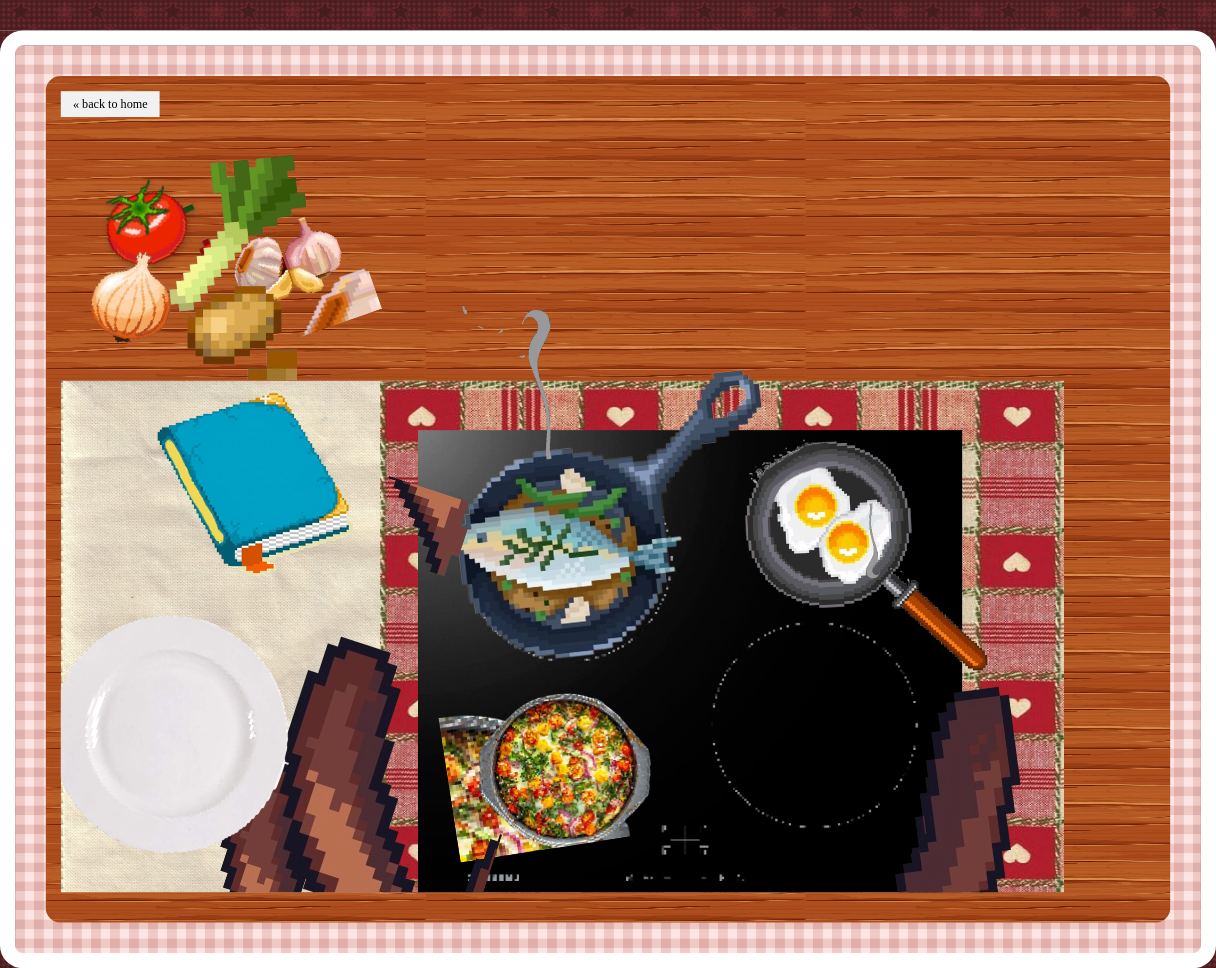
Repository: AJamdonuts/ToddyTalks
Page: playingaround2/pages/chefsujin.html
These files come from the project's save history. The page is drawn as it stood at one moment and after the next save; the edit follows.
The browser window is 1280 px wide. The page is 1600 px wide, so the pictures cover 1600 px, including what lies to the right of the window. The pictures show the whole page, at 76% of full size.

Above is the page before, as saved 2025-11-28 22:08:18.

### playingaround2/pages/chefsujin.html
<!DOCTYPE html>
<html>
<head>
    <meta charset="UTF-8">
    <meta name="viewport" content="width=device-width, initial-scale=1">
    <link href="/playingaround2/styles/chefsujin.css" rel="stylesheet">
    <script src="/playingaround2/javascript/chefsujin.js" defer></script>
    <title>Chef Sujin</title>
    <link rel="icon" type="image/x-icon" href="/playingaround2/images/favicon.ico">

</head>
<body>
    <div class="page-background">
        <div class="site-wrapper">
            <header>
                <a href="/playingaround2/pages/home.html" class="previous">&laquo; back to home</a>
            </header>

            <div class="section-divider">

            </div>
            <main>
                <div class="canvas">
                        <div class="canvas-content">
                            <img src="/playingaround2/images/b41e50d46e26e9463ce130b2da7a46aa.jpg" class="creamtexture">
                            <img src="/playingaround2/images/check table cloth.jpg" class="checktablecloth">
                            <img src="/playingaround2/images/pxArt-2.png" class="hob">
                            <a href="recipe_book.html" class="recipebook-link">
                                <img src="/playingaround2/images/pixil-frame-0-removebg-preview 1.png" class="recipebook">
                            </a>
                            <div class="fishpan">
                                <img src="/playingaround2/images/fishpan.png" alt="">
                            </div>
                            <div class="eggpan">
                                <img src="/playingaround2/images/pixil-frame-0-removebg-preview.png" alt="">
                            </div>

                            <a href="brocolliyum.html" class="leek-link">
                                <img src="/playingaround2/images/leek-removebg-preview.png" class="leek">
                            </a>
                            <img src="/playingaround2/images/garlic-removebg-preview.png" class="garlic">
                            <img src="/playingaround2/images/d95fa1e62c663504736614e026fc4862-removebg-preview.png" class="potato">
                            <img src="/playingaround2/images/pxArt-2-removebg-preview.png" class="vegpan">
                            <a href="plateup.html" class="plate-link">
                                <img src="/playingaround2/images/pxArt-removebg-preview.png" class="plate">
                            </a>
                            <img src="/playingaround2/images/tomato-removebg-preview.png" class="tomato">
                            <img src="/playingaround2/images/onion-removebg-preview.png" class="onion">
                            <img src="/playingaround2/images/IMG_0236_2-removebg-preview.png" class="beararm1" >
                            <img src="/playingaround2/images/IMG_0236-removebg-preview.png" class="beararm2" >
                        </div>

            </main>

            <footer>
                <div class="footer-content">
                </div>
            </footer>

        </div> <!-- .site-wrapper -->
    </div> <!-- .page-background -->



</body>
</html>

### playingaround2/styles/chefsujin.css

html, body {
    background-image: url('/playingaround2/images/backgrounds/stars.png');
    background-repeat: repeat; /* repeat the image */
    background-size: 100px 100px; /* set width and height for each tile */
    background-position: top left; /* start tiling from top-left */
    background-attachment: scroll; /* moves with page */
    background-color: #ffffff; /* fallback color */
    width: 100%;
    height: 100%;
    margin: 0;
    padding: 0;
}

.page-background {                  /* smaller than body */
    margin: 40px auto;
    width: fit-content;         /* centered on page */

    background: url('/playingaround2/images/backgrounds/gingham06.png');
    background-size: 25px 25px;

    padding: 40px;                /* IMPORTANT – creates space inside border */
    border: 20px solid #ffffff;   /* your thick frame */
    border-radius: 30px;
}


.site-wrapper {
    max-width: 1440px;
    margin: 0 auto;
    border-radius: 20px;
    padding: 20px;
    background: url('/playingaround2/images/kitchencounter.jpg');
    background-repeat: repeat;       /* ← makes it tile */
    background-size: 500px 100px;    /* ← original size for each tile */
}


main {
    flex-grow: 1;
    position: relative;
    text-align: center;
    margin: 20px auto;              /* space around the box */
    width: 100%;
}


.canvas {

    position: relative;          /* instead of absolute */
    width: 1440px;
    height: 1000px;
    margin: 0 auto;              /* centers the canvas */
    overflow: hidden;
    transform: none !important;  /* stop the translate(-50%, -50%) */
}

.canvas-content {
    position: absolute; /* keep this, it's correct */
    left: 0;
    top: 0;
}



.tomato {
    position: absolute;
    width: 133.75px;
    height: 133.75px;
    left: 45.02px;
    top: 55.06px;
    background: url(tomato-removebg-preview.png);
    filter: drop-shadow(0px 4px 4px rgba(0, 0, 0, 0.25));
    border-radius: 4px;
    transform: rotate(-24.58deg);
}

.potato {
    position: absolute;
    width: 165px;
    height: 165px;
    left: 146px;
    top: 161px;
    background: url(d95fa1e62c663504736614e026fc4862-removebg-preview.png);
}


.leek-link {
    position: absolute;
    left: 90px;
    top: 2%;
    cursor: pointer;
    z-index: 100;
    display: inline-block;
    background: transparent !important;
}

.leek-link:hover .leek {
    transform: scale(1.03);
    filter: drop-shadow(0 0 10px rgba(255, 255, 0, 0.9))
            drop-shadow(0 0 20px rgba(255, 255, 0, 0.6));
}


.leek-link::after {
    content: "Cook Food?"; /* The text that appears on hover */
    position: absolute;
    bottom: 50%; /* Places it just above the link */
    left: 50%;
    transform: translateX(-50%) translateY(-0px); /* Center it and add slight offset */
    background-color: rgba(0, 0, 0, 0.7); /* Dark background for readability */
    color: white;
    border-radius: 5px;
    white-space: nowrap; /* Keep text on one line */

    opacity: 0; /* Hidden by default */
    visibility: hidden; /* Hidden by default */
    transition: opacity 0.3s ease-out, transform 0.3s ease-out, visibility 0.3s;

    /* Ensure text is above everything else */
    z-index: 200;
}

.leek-link:hover::after {
    opacity: 1; /* Make visible on hover */
    visibility: visible; /* Make visible on hover */
    transform: translateX(-50%) translateY(0); /* Move into final position */
}

.leek {
    width: 250px;   /* Set the exact width you want */
    height: auto;   /* maintain aspect ratio */
    pointer-events: none;
    transform: rotate(-5.62deg);
}




.garlic {
    position: absolute;
    width: 194.8px;
    height: 194.8px;
    left: 200.62px;
    top: 74.87px;
    background: url(garlic-removebg-preview.png);
    transform: rotate(-19.27deg);
}

.onion {
    position: absolute;
    width: 126.18px;
    height: 144.28px;
    left: 32px;
    top: 145.3px;
    background: url(onion-removebg-preview.png);
    transform: rotate(17.63deg);
    }



.recipebook-link {
    position: absolute;
    width: 300px;
    height: 300px;
    left: 90px;
    top: 302px;
    cursor: pointer;
    overflow: visible;
    z-index: 100;
    background: transparent !important;
}

.recipebook-link:hover .recipebook {
    transform: scale(1.03);
    filter: drop-shadow(0 0 10px rgba(255, 255, 0, 0.9))
            drop-shadow(0 0 20px rgba(255, 255, 0, 0.6));
}


.recipebook-link::after {
    content: "Open Recipe Book"; /* The text that appears on hover */
    position: absolute;
    bottom: 50%; /* Places it just above the link */
    left: 50%;
    transform: translateX(-50%) translateY(-0px); /* Center it and add slight offset */
    background-color: rgba(0, 0, 0, 0.7); /* Dark background for readability */
    color: white;
    border-radius: 5px;
    white-space: nowrap; /* Keep text on one line */

    opacity: 0; /* Hidden by default */
    visibility: hidden; /* Hidden by default */
    transition: opacity 0.3s ease-out, transform 0.3s ease-out, visibility 0.3s;

    /* Ensure text is above everything else */
    z-index: 200;
}

.recipebook-link:hover::after {
    opacity: 1; /* Make visible on hover */
    visibility: visible; /* Make visible on hover */
    transform: translateX(-50%) translateY(0); /* Move into final position */
}
.recipebook {
    width: auto;
    height: 100%;
    pointer-events: none; /* optional */
    object-fit: contain;
}


.plate-link {
    position: absolute;
    left: -40px;   /* horizontal */
    top: 616px;    /* vertical */
    cursor: pointer;
    z-index: 100;
    display: inline-block;
    background: transparent !important;
}

.plate {
    width: 334.76px; /* natural width */
    height: auto;    /* maintain aspect ratio */
    transform: rotate(19.64deg);
    pointer-events: none;
    display: block;
    transition: transform 0.3s ease-out, filter 0.3s ease-out;
}

.plate-link:hover .plate {
    transform: rotate(19.64deg) scale(1.03); /* scale while keeping rotation */
    filter: drop-shadow(0 0 10px rgba(255, 255, 0, 0.9))
            drop-shadow(0 0 20px rgba(255, 255, 0, 0.6));
}

.plate-link::after {
    content: "Plate up 😋"; /* tooltip */
    position: absolute;
    bottom: calc(100% - 2px); /* right above the plate */
    left: 50%;
    transform: translateX(-50%);
    background-color: rgba(0, 0, 0, 0.7);
    color: white;
    padding: 3px 6px;
    border-radius: 5px;
    white-space: nowrap;
    opacity: 0;
    visibility: hidden;
    transition: opacity 0.3s ease-out, transform 0.3s ease-out, visibility 0.3s;
    z-index: 200;
}

.plate-link:hover::after {
    opacity: 1;
    visibility: visible;
    transform: translateX(-50%) translateY(-5px);
}


.beararm1 {
    position: absolute;
    width: 448.49px;
    height: 883.17px;
    left: 132px;
    top: 450px;
    background: url(IMG_0236_2-removebg-preview.png);
    transform: matrix(0.95, 0.31, 0.31, -0.95, 0, 0);
}

.beararm2 {
    position: absolute;
    width: 348.8px;
    height: 764.5px;
    left: 1000px;
    top: 500px;
    background: url(IMG_0236-removebg-preview.png);
    transform: matrix(0.99, -0.13, -0.13, -0.99, 0, 0);
}

.fishpan {
    position: absolute;
    width: 546.95px;
    height: 546.95px;
    left: 460px;
    top: 280px;
    transform: rotate(-6.22deg);
}

.fishpan::after {
    content: "";
    position: absolute;
    top: 0%;
    left: 40%;
    width: 500px;
    height: 500px;
    background: url("/playingaround2/images/steam-unscreen.gif") center/contain no-repeat;
    transform: translate(-50%, -50%);
    pointer-events: none;
    z-index: 2000;
}


.eggpan {
    position: absolute;
    width: 396px;
    height: 396px;
    left: 860px;
    top: 362.44px;
    transform: rotate(177.33deg);
}

.eggpan::after {
    content: "";
    position: absolute;
    top: 50%;
    left: 50%;
    width: 250px;
    height: 250px;
    background: url("/playingaround2/images/steam-unscreen.gif") center/contain no-repeat;
    transform: translate(-50%, -50%);
    pointer-events: none;
    z-index: 2000;
}


.fishpan,
.eggpan {
    position: absolute;
    display: block;
}

.fishpan img,
.eggpan img {
    width: 100%;
    height: 100%;
    display: block;
    object-fit: contain; /* keep aspect ratio */
}



.vegpan {
    position: absolute;
    width: 207px;
    height: 310px;
    left: 560px;
    top: 680px;
    background: url(pxArt-2-removebg-preview.png);
    transform: rotate(81.24deg);
}

.hob {
    position: absolute;
    width: 716px;
    height: 632px;
    left: 470px;
    top: 392px;
    background: url(pxArt-2.png);
}

.creamtexture {
    position: absolute;
    width: 476px;
    height: 696px;
    left: 0px;
    bottom:0px;
    top: 327px;
    background: url(b41e50d46e26e9463ce130b2da7a46aa.jpg);
}

.checktablecloth {
    position: absolute;
    width: 900px;
    height: 697px;
    bottom: 0px;
    top: 327px;
    left: 420px;
}

a {
  text-decoration: none;
  display: inline-block;
  padding: 8px 16px;
}

a:hover {
  background-color: #ddd;
  color: black;
}

.previous {
  background-color: #f1f1f1;
  color: black;
}

### playingaround2/javascript/chefsujin.js
function calculateScaleFactor() {
    const DESIGN_WIDTH = 400;
    const DESIGN_HEIGHT = 500;
    const MIN_SCALE =0.;

    const viewportWidth = window.innerWidth;
    const viewportHeight = window.innerHeight;

    const widthScale = viewportWidth / DESIGN_WIDTH;
    const heightScale = viewportHeight / DESIGN_HEIGHT;

    const scaleFactor = Math.min(widthScale, heightScale, 1); // never scale above 1
    const finalScale = Math.max(scaleFactor, MIN_SCALE);      // never scale below MIN_SCALE

    const canvas = document.querySelector('.canvas');
    if (canvas) {
        canvas.style.setProperty('--scale-factor', finalScale);
    }
}

window.addEventListener('resize', calculateScaleFactor);
document.addEventListener('DOMContentLoaded', calculateScaleFactor);

After the next save:
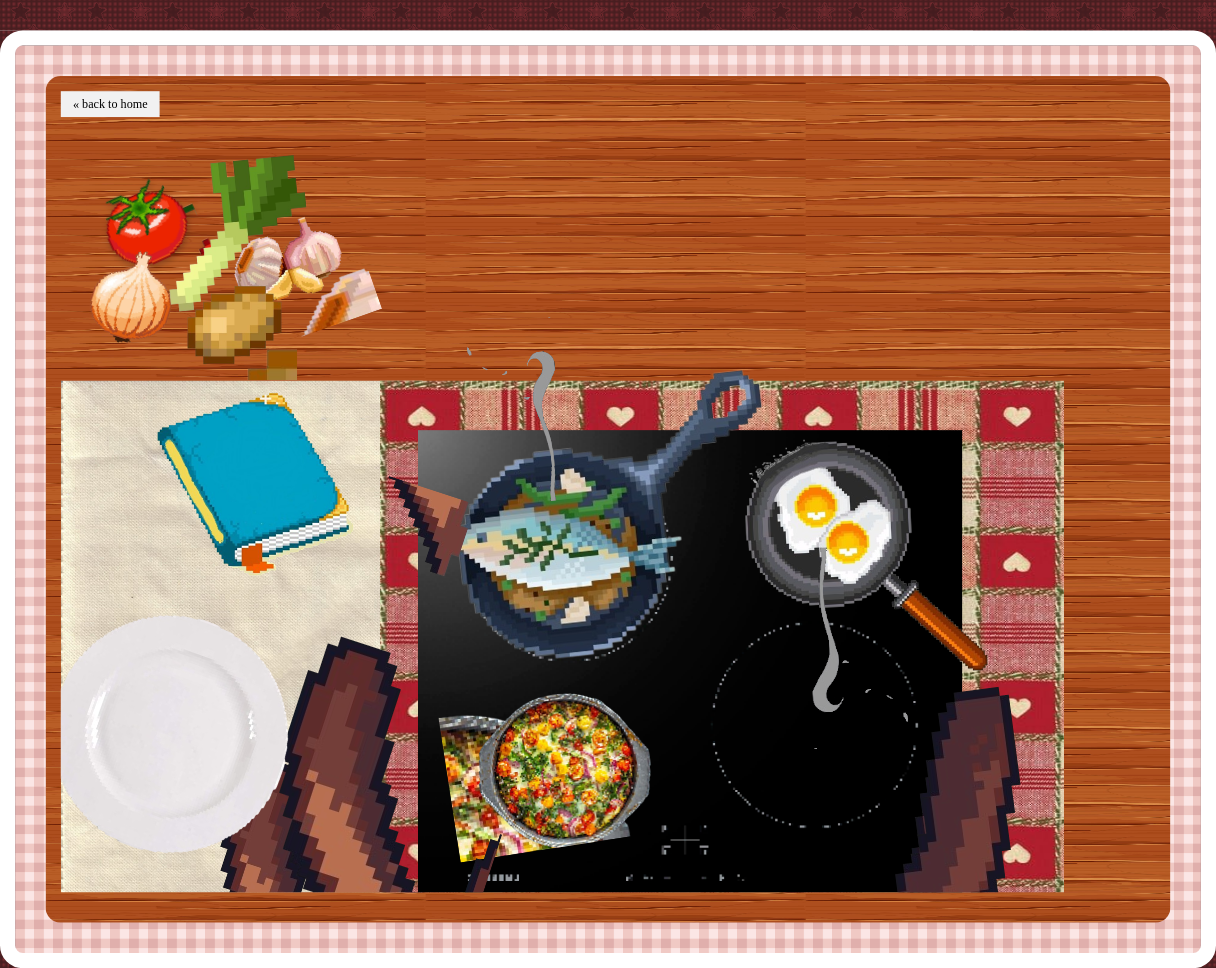
Saved 24 min 46 s later.
--- a/playingaround2/styles/chefsujin.css
+++ b/playingaround2/styles/chefsujin.css
@@ -291,7 +291,7 @@ main {
 .fishpan::after {
     content: "";
     position: absolute;
-    top: 0%;
+    top: 10%;
     left: 40%;
     width: 500px;
     height: 500px;
@@ -314,10 +314,10 @@ main {
 .eggpan::after {
     content: "";
     position: absolute;
-    top: 50%;
-    left: 50%;
-    width: 250px;
-    height: 250px;
+    top: 15%;
+    left: 70%;
+    width: 550px;
+    height: 550px;
     background: url("/playingaround2/images/steam-unscreen.gif") center/contain no-repeat;
     transform: translate(-50%, -50%);
     pointer-events: none;
